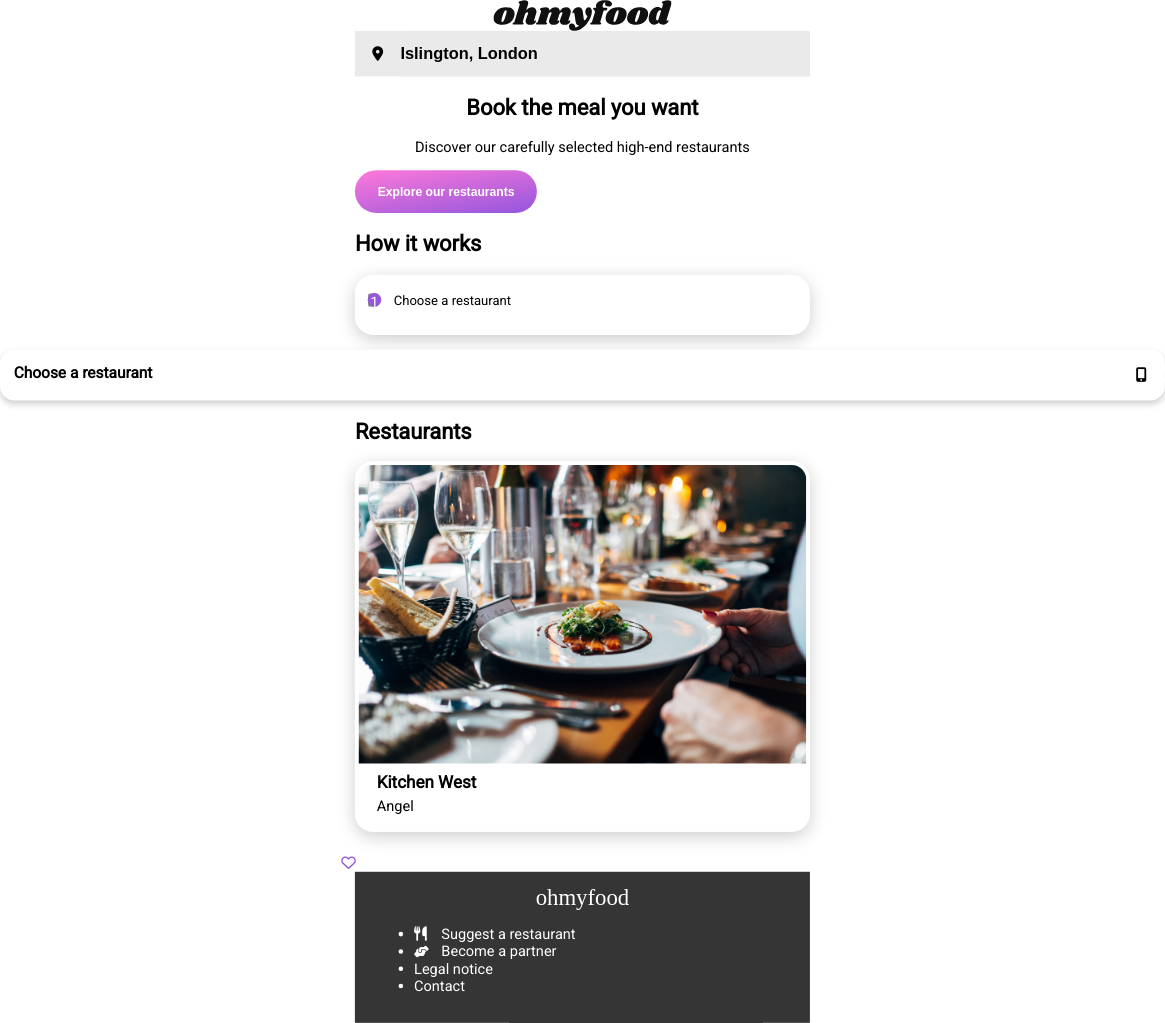
Repository: R1ptou/Project-3
Page: index.html
The author's editor kept a copy of each file at every save. The page is drawn from the files as they stood at one save, then again after the next save.
The browser window is 1280 px wide. The pictures show the whole page, at 91% of full size.
Some web fonts or font styles are not loaded; a fallback is used. The style sheet was rebuilt from its Sass, Less or Tailwind sources for each picture, by a compiler version that may differ from the author's.

Above is the page before, as saved 2024-03-24 20:58:46.

After the next save:
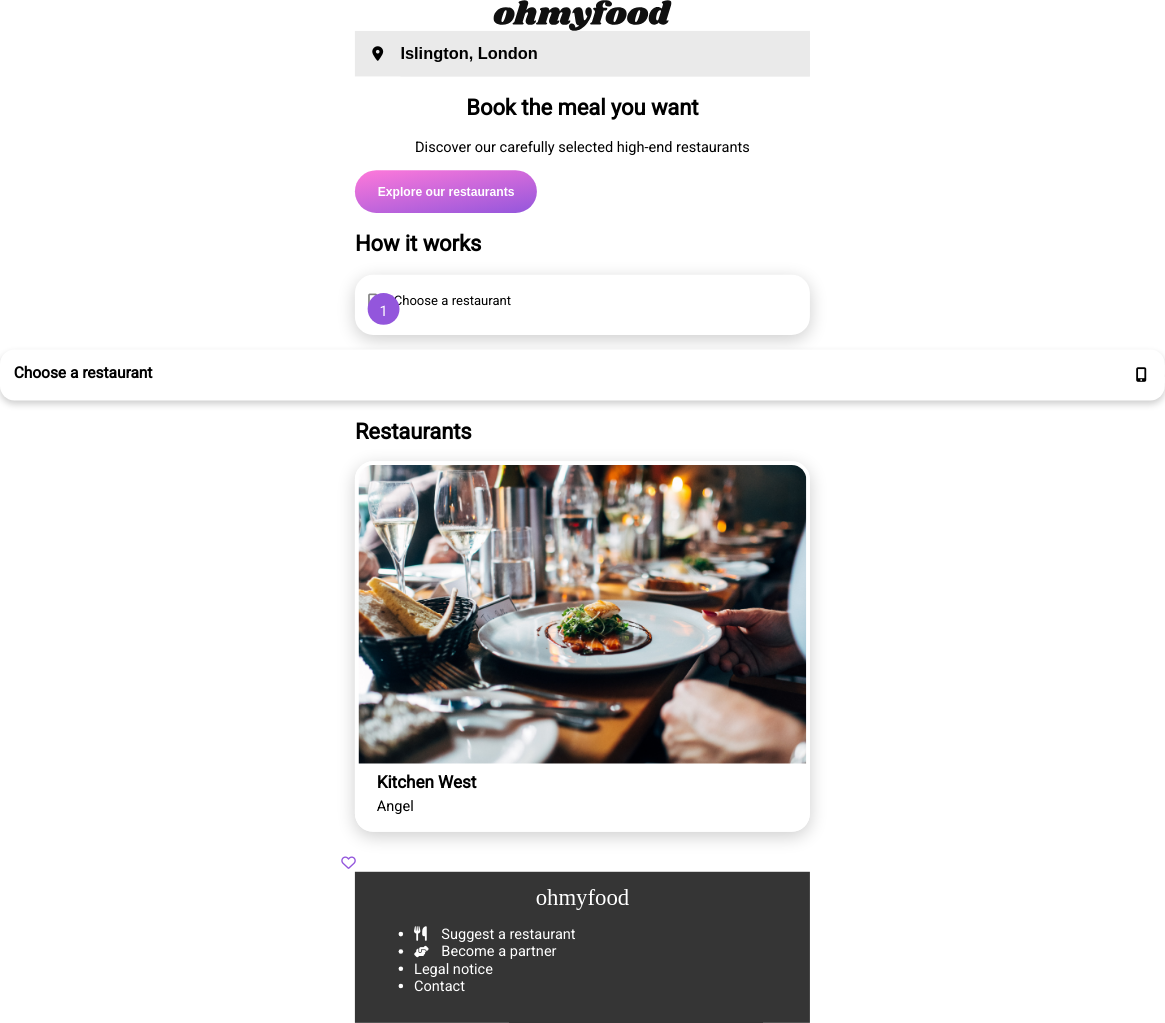
Saved 5 s later.
--- a/scss/style.scss
+++ b/scss/style.scss
@@ -94,7 +94,7 @@ li::before {
     text-align: center;
     width: 15px;
     height: 15px;
-    padding: 0;
+    padding: 10px;
     flex-shrink: 0;
 }
 .icon-pic {
